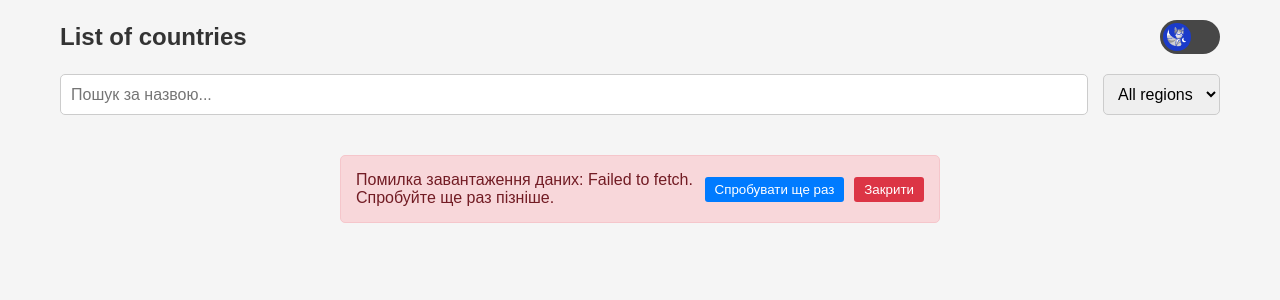
Repository: Denis793/World_Country
Page: index.html
An editor plug-in stored every save of this project. The page is shown before and after the next save, followed by the edit.
The browser window is 1280 px wide. The pictures show the whole page.
The page's requests for data from a server got no answer.

Above is the page before, as saved 2025-04-27 20:13:26.

### index.html
<!DOCTYPE html>
<html lang="en">
  <head>
    <meta charset="UTF-8" />
    <meta name="viewport" content="width=device-width, initial-scale=1.0" />
    <title>World Country</title>
    <link
      href="https://fonts.googleapis.com/css2?family=Roboto:ital,wght@0,100..900;1,100..900&display=swap"
      rel="stylesheet"
    />
    <link href="./app/style/css/main.css" rel="stylesheet" />
  </head>
  <body>
    <div class="container">
      <header>
        <h1>List of countries</h1>
        <label class="theme-switch">
          <input type="checkbox" id="theme-toggle" />
          <span class="slider"></span>
        </label>
      </header>

      <div class="filters">
        <input type="text" id="search" placeholder="Пошук за назвою..." />

        <select id="region-filter">
          <option value="">All regions</option>
          <option value="Europe">Europe</option>
          <option value="Asia">Asia</option>
          <option value="Americas">Americas</option>
          <option value="Africa">Africa</option>
          <option value="Oceania">Oceania</option>
        </select>
      </div>

      <div class="countries" id="countries-list">
        <!-- The list of countries will be generated via JavaScript -->
      </div>

      <div class="error-message error-message--hidden" id="error-message" data-type="">
        <p>Error loading data. Please try again later.</p>

        <div class="error-buttons">
          <button id="retry">Спробувати ще раз</button>
          <button id="close-error">Закрити</button>
        </div>
      </div>
    </div>

    <script src="./app/js/main.js" type="module"></script>
  </body>
</html>

### app/style/css/main.css
:root {
  --light-bg: #f5f5f5;
  --light-text: #333;
  --light-card-bg: #fff;
  --light-card-text: #666;
  --dark-bg: #222;
  --dark-text: #fff;
  --dark-card-bg: #333;
  --dark-card-text: #ccc;
  --border-color: #ccc;
  --checkbox-bg-color: #474747;
  --checked-color: #1b3bca;
  --unchecked-color: #bb1a1a;
  --container-width: 1200px;
  --card-width: 250px;
  --spacing: 20px;
  --border-radius: 5px;
  --shadow: 0 2px 5px rgba(0, 0, 0, 0.1);
}

* {
  margin: 0;
  padding: 0;
  box-sizing: border-box;
  font-family: Arial, sans-serif;
}

body {
  background-color: var(--light-bg);
  color: var(--light-text);
  transition: background-color 0.3s, color 0.3s;
}

.container {
  max-width: var(--container-width);
  margin: 0 auto;
  padding: var(--spacing);
}

header {
  display: flex;
  justify-content: space-between;
  align-items: center;
  margin-bottom: var(--spacing);
}
header h1 {
  font-size: 24px;
}

.filters {
  display: flex;
  gap: 15px;
  margin-bottom: var(--spacing);
}
.filters #search,
.filters #region-filter {
  padding: 10px;
  border: 1px solid var(--border-color);
  border-radius: var(--border-radius);
  font-size: 16px;
}
.filters #search {
  flex: 1;
}
@media screen and (max-width: 840px) {
  .filters {
    flex-direction: column;
  }
}

.countries {
  display: grid;
  grid-template-columns: repeat(auto-fill, minmax(var(--card-width), 1fr));
  gap: var(--spacing);
}

.country-card {
  background-color: var(--light-card-bg);
  border-radius: 10px;
  box-shadow: var(--shadow);
  padding: 15px;
}
.country-card img {
  width: 100%;
  height: 150px;
  -o-object-fit: contain;
     object-fit: contain;
}
.country-card h2 {
  font-size: 18px;
  margin: 10px 0;
}
.country-card p {
  font-size: 14px;
  color: var(--light-card-text);
}

body.dark-theme {
  --bg: var(--dark-bg);
  --text: var(--dark-text);
  --card-bg: var(--dark-card-bg);
  --card-text: var(--dark-card-text);
  background-color: var(--bg);
  color: var(--text);
}
body.dark-theme .country-card {
  background-color: var(--card-bg);
}
body.dark-theme .country-card p {
  color: var(--card-text);
}

.theme-switch {
  position: relative;
  display: inline-block;
  width: 60px;
  height: 34px;
}
.theme-switch input {
  opacity: 0;
  width: 0;
  height: 0;
}
.theme-switch .slider {
  position: absolute;
  cursor: pointer;
  top: 0;
  left: 0;
  right: 0;
  bottom: 0;
  background-color: var(--checkbox-bg-color);
  transition: 0.3s;
  border-radius: 34px;
}
.theme-switch .slider:before {
  position: absolute;
  content: "";
  height: 24px;
  width: 24px;
  left: 3px;
  bottom: 3px;
  background-color: var(--checked-color);
  background-image: url(../../img/moon.png);
  background-repeat: no-repeat;
  background-position: center;
  transition: 0.3s;
  border-radius: 50%;
  padding: 2px;
}
.theme-switch input:checked + .slider:before {
  transform: translateX(26px);
  background-color: var(--unchecked-color);
  background-image: url(../../img/sun.png);
}

.error-message {
  background-color: #f8d7da;
  color: #721c24;
  padding: 15px;
  margin: 20px auto;
  max-width: 600px;
  border: 1px solid #f5c6cb;
  border-radius: 5px;
  display: flex;
  justify-content: space-between;
  align-items: center;
  opacity: 1;
  transition: opacity 0.3s ease;
}
.error-message p {
  margin: 0;
  flex: 1;
  font-weight: 500;
}
.error-message[data-type=not-found] {
  background-color: #fff3cd;
  color: #856404;
  border: 1px solid #ffeeba;
}
.error-message[data-type=loading-error] {
  background-color: #f8d7da;
  color: #721c24;
  border: 1px solid #f5c6cb;
}

.error-message--hidden {
  display: none;
  opacity: 0;
}

.error-message--visible {
  display: flex;
  opacity: 1;
}

.error-buttons {
  display: flex;
  gap: 10px;
}
.error-buttons button {
  padding: 5px 10px;
  border: none;
  border-radius: 3px;
  cursor: pointer;
  color: white;
}
.error-buttons #retry {
  background-color: #007bff;
}
.error-buttons #retry:hover {
  background-color: #0056b3;
}
.error-buttons #close-error {
  background-color: #dc3545;
}
.error-buttons #close-error:hover {
  background-color: #c82333;
}
.error-buttons[data-type=not-found] #retry {
  display: none;
}

### app/js/main.js
import { fetchCountries } from './api.js';
import { displayCountries } from './display.js';
import { setupFilters } from './filters.js';
import { setupThemeToggle } from './theme.js';
import { showError, hideError } from './error.js';

async function init() {
  const errorMessage = document.getElementById('error-message');
  const closeErrorButton = document.getElementById('close-error');
  const retryButton = document.getElementById('retry');
  const countriesList = document.getElementById('countries-list');
  const searchInput = document.getElementById('search');
  const regionFilter = document.getElementById('region-filter');

  if (!errorMessage || !closeErrorButton || !retryButton || !countriesList || !searchInput || !regionFilter) {
    console.error('Елементи для повідомлення про помилку, списку країн або фільтрів не знайдені');
    return;
  }

  closeErrorButton.addEventListener('click', () => {
    hideError(errorMessage);
    errorMessage.setAttribute('data-type', '');
  });

  retryButton.addEventListener('click', async () => {
    hideError(errorMessage);
    errorMessage.setAttribute('data-type', '');
    const result = await fetchCountries();
    if (result.success) {
      displayCountries(result.data);
      setupFilters(result.data);

      const searchTerm = searchInput.value.toLowerCase();
      const region = regionFilter.value;
      const filteredCountries = result.data.filter((country) => {
        const matchesSearch = country.name.toLowerCase().includes(searchTerm);
        const matchesRegion = region ? country.region === region : true;
        return matchesSearch && matchesRegion;
      });

      if (filteredCountries.length === 0) {
        errorMessage.setAttribute('data-type', 'not-found');
        showError(errorMessage, 'Країну не знайдено. Спробуйте інший запит.');
      }

      displayCountries(filteredCountries);
    } else {
      errorMessage.setAttribute('data-type', 'loading-error');
      showError(errorMessage, `Помилка завантаження даних: ${result.error}. Спробуйте ще раз пізніше.`);
    }
  });

  try {
    const result = await fetchCountries();
    if (result.success) {
      displayCountries(result.data);
      setupFilters(result.data);
      hideError(errorMessage);
      errorMessage.setAttribute('data-type', '');
    } else {
      console.error('Помилка при завантаженні даних:', result.error);
      errorMessage.setAttribute('data-type', 'loading-error');
      showError(errorMessage, `Помилка завантаження даних: ${result.error}. Спробуйте ще раз пізніше.`);
    }
  } catch (error) {
    errorMessage.setAttribute('data-type', 'loading-error');
    showError(errorMessage, 'Помилка завантаження даних. Перевірте підключення до мережі.');
  }

  setupThemeToggle();
}

init();

### app/js/api.js
const API_URL = 'https://restcountries.com/v3.1/all';

export async function fetchCountries() {
  try {
    const response = await fetch(API_URL);
    if (!response.ok) {
      throw new Error('Не вдалося завантажити дані');
    }
    const data = await response.json();

    const countries = data.map((country) => ({
      name: country.name.common,
      population: country.population.toLocaleString(),
      region: country.region || 'Unknown',
      capital: country.capital ? country.capital[0] : 'N/A',
      flag: country.flags.png,
    }));

    return { success: true, data: countries };
  } catch (error) {
    console.error('Помилка завантаження даних:', error);
    return { success: false, error: error.message };
  }
}

### app/js/display.js
export function displayCountries(countriesToShow) {
  const countriesList = document.getElementById('countries-list');
  countriesList.innerHTML = '';
  countriesToShow.forEach((country) => {
    const card = document.createElement('div');
    card.classList.add('country-card');
    card.innerHTML = `
          <img src="${country.flag}" alt="${country.name} flag">
          <h2>${country.name}</h2>
          <p><strong>Population:</strong> ${country.population}</p>
          <p><strong>Region:</strong> ${country.region}</p>
          <p><strong>Capital:</strong> ${country.capital}</p>
      `;
    countriesList.appendChild(card);
  });
}

### app/js/filters.js
import { displayCountries } from './display.js';
import { showError, hideError } from './error.js';

export function setupFilters(countries) {
  const searchInput = document.getElementById('search');
  const regionFilter = document.getElementById('region-filter');
  const errorMessage = document.getElementById('error-message');

  if (!searchInput || !regionFilter || !errorMessage) {
    console.error('Filter elements or error message element not found in DOM');
    return;
  }

  if (!countries || !Array.isArray(countries)) {
    console.error('Countries data is invalid or undefined:', countries);
    return;
  }

  function filterCountries() {
    const searchTerm = searchInput.value.toLowerCase();
    const region = regionFilter.value;
    const filteredCountries = countries.filter((country) => {
      const matchesSearch = country.name.toLowerCase().includes(searchTerm);
      const matchesRegion = region ? country.region === region : true;
      return matchesSearch && matchesRegion;
    });

    hideError(errorMessage);
    errorMessage.setAttribute('data-type', '');

    if (filteredCountries.length === 0) {
      errorMessage.setAttribute('data-type', 'not-found');
      showError(errorMessage, 'Країну не знайдено. Спробуйте інший запит.');
    }

    displayCountries(filteredCountries);
  }

  searchInput.addEventListener('input', filterCountries);
  regionFilter.addEventListener('change', filterCountries);
}

### app/js/theme.js
export function setupThemeToggle() {
  const themeToggle = document.getElementById('theme-toggle');
  const body = document.body;

  if (localStorage.getItem('theme') === 'dark') {
    body.classList.add('dark-theme');
    themeToggle.checked = true;
  }

  themeToggle.addEventListener('change', () => {
    body.classList.toggle('dark-theme');
    if (body.classList.contains('dark-theme')) {
      localStorage.setItem('theme', 'dark');
    } else {
      localStorage.setItem('theme', 'light');
    }
  });
}

### app/js/error.js
export function showError(errorMessageElement, message) {
  if (!errorMessageElement) return;
  errorMessageElement.querySelector('p').textContent = message;
  errorMessageElement.classList.remove('error-message--hidden');
  errorMessageElement.classList.add('error-message--visible');
}

export function hideError(errorMessageElement) {
  if (!errorMessageElement) return;
  errorMessageElement.classList.remove('error-message--visible');
  errorMessageElement.classList.add('error-message--hidden');
}

After the next save:
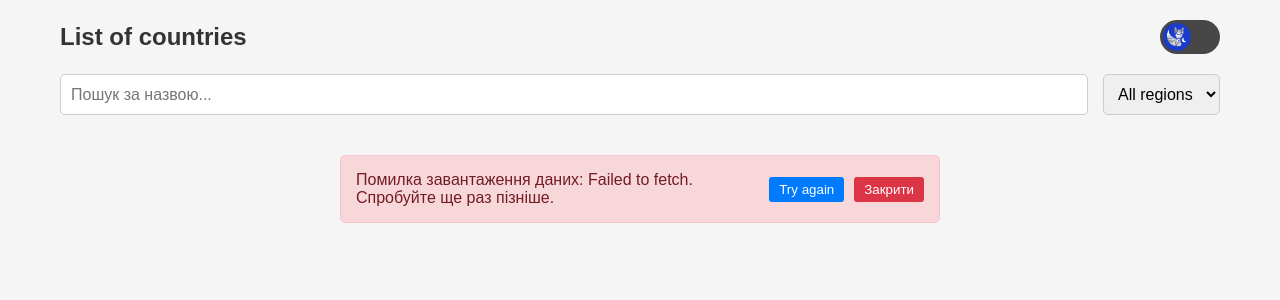
Saved 9 s later.
--- a/index.html
+++ b/index.html
@@ -41,7 +41,7 @@
         <p>Error loading data. Please try again later.</p>
 
         <div class="error-buttons">
-          <button id="retry">Спробувати ще раз</button>
+          <button id="retry">Try again</button>
           <button id="close-error">Закрити</button>
         </div>
       </div>
